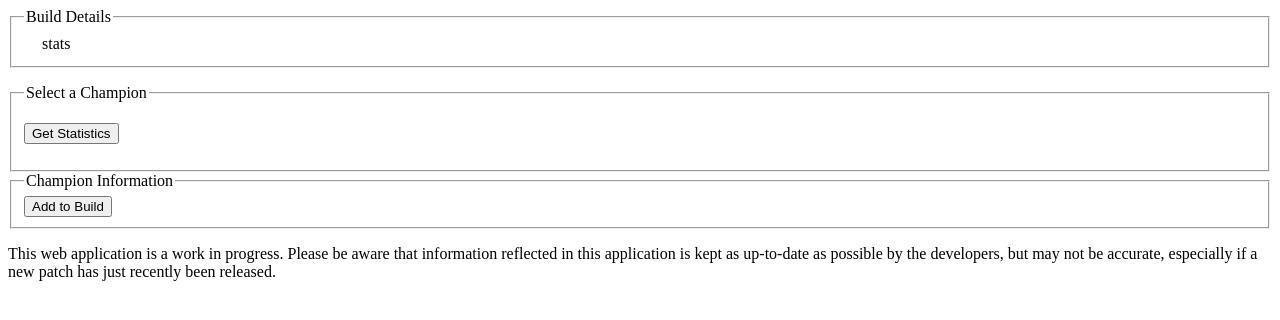
Repository: spencer-carver/lol-db
Page: LOLdb/war/index.html
An editor plug-in stored every save of this project. The page is shown before and after the next save, followed by the edit.
The browser window is 1280 px wide. The pictures show the whole page.
The page's requests for data from a server got no answer. Some web libraries are served in a nearby version.

Above is the page before, as saved 2013-02-04 18:11:59.

### LOLdb/war/index.html
<html>
<head>
<title>League of Legends Theorycraft Tool</title>

<link
	href="http://ajax.googleapis.com/ajax/libs/jqueryui/1.8/themes/base/jquery-ui.css"
	rel="stylesheet" type="text/css" />

<script
	src="http://ajax.googleapis.com/ajax/libs/jquery/1.7.2/jquery.js"
	type="text/javascript"></script>
<script
	src="http://ajax.googleapis.com/ajax/libs/jqueryui/1.8/jquery-ui.min.js"
	type="text/javascript"></script>
<script type="text/javascript" src="app.js"></script>

</head>
<body>
	<fieldset>
		<legend>Build Details</legend>
		<table>
			<tr>
				<td width="30%"><div id="champion_icon"></div></td>
				<td width="70%">stats</td>
			</tr>
		</table>
	</fieldset>
	<form id="get_champion_dropdown"></form>
	<form id="get_champion_info">
		<fieldset>
			<legend>Select a Champion</legend>

			<p>
			<div id="championDropdown"></div>
			</p>
			<p>
				<input id="myButton" type="button" value="Get Statistics" />
			</p>
		</fieldset>
		<div id="Results">
			<fieldset>
				<legend>Champion Information</legend>
				<div id="info_pane">
					<div id="info_icon"></div>
					<div id="info_name"></div>
					<div id="info_hp"></div>
					<div id="info_hp_lv"></div>
					<div id="info_hp5"></div>
					<div id="info_hp5_lv"></div>
					<div id="info_mana"></div>
					<div id="info_mana_lv"></div>
					<div id="info_mana5"></div>
					<div id="info_mana5_lv"></div>
					<div id="info_damage"></div>
					<div id="info_damage_lv"></div>
					<div id="info_attackspeed"></div>
					<div id="info_attackspeed_lv"></div>
					<div id="info_armor"></div>
					<div id="info_armor_lv"></div>
					<div id="info_mr"></div>
					<div id="info_mr_lv"></div>
					<div id="info_movespeed"></div>
					<div id="info_range"></div>
				</div>
				<input id="addToBuild" type="button" value="Add to Build" />
			</fieldset>
		</div>
	</form>
	<footer>
		<p>This web application is a work in progress. Please be aware
			that information reflected in this application is kept as up-to-date
			as possible by the developers, but may not be accurate, especially if
			a new patch has just recently been released.</p>
		<p>
			<time pubdate datetime="2013-01-31"></time>
		</p>
	</footer>
</body>
</html>

### LOLdb/war/app.js
$(document).ready(function() {

	//get the form data and then serialize that
    dataString = $("#get_champion_dropdown").serialize();

    //make the AJAX request, dataType is set to json
    //meaning we are expecting JSON data in response from the server
    $.ajax({
        type: "POST",
        url: "ChampionNames",
        data: "",
        dataType: "json",

        //if received a response from the server
        success: function( data, textStatus, jqXHR) {
            //our country code was correct so we have some information to display
             if(data.success){
                 $("#championDropdown").html("");
                 var temp = "<select id=\"champion_select\">";
                 for (var i = 0; i < 110; i++) {
                	 temp = temp + "<option>" + data.championNames[i] + "</option>";
                 }
                 temp += "</select>";
                 $("#championDropdown").append(temp);
             }
             //display error message
             else {
                 $("#championDropdown").html("<div><b>An Error has occurred retrieving the list of Champions.</b></div>");
             }
        },

        //If there was no resonse from the server
        error: function(jqXHR, textStatus, errorThrown){
             console.log("Something really bad happened " + textStatus);
              $("#championDropdown").html(jqXHR.responseText);
        },

        //capture the request before it was sent to server
        beforeSend: function(jqXHR, settings){
            //adding some Dummy data to the request
            settings.data += "&dummyData=whatever";
            //disable the button until we get the response
            $('#myButton').attr("disabled", true);
        },

        //this is called after the response or error functions are finsihed
        //so that we can take some action
        complete: function(jqXHR, textStatus){
            //enable the button
            $('#myButton').attr("disabled", false);
        }

    });

    //Stops the submit request
    $("#get_champion_info").submit(function(e){
           e.preventDefault();
    });

    //checks for the button click event
    $("#addToBuild").click(function(e) {
    	var loaded_img = document.getElementById('info_icon');
    	var build_img = document.getElementById('champion_icon');
    	build_img.innerHTML = loaded_img.innerHTML;
    });

    //checks for the button click event
    $("#myButton").click(function(e){

            //get the form data and then serialize that
            dataString = $("#get_champion_info").serialize();

            //get the form data using another method
            var championName = $("#champion_select option:selected").text();
            dataString = "championName=" + championName;

            //make the AJAX request, dataType is set to json
            //meaning we are expecting JSON data in response from the server
            $.ajax({
                type: "POST",
                url: "ChampionInfo",
                data: dataString,
                dataType: "json",

                //if received a response from the server
                success: function( data, textStatus, jqXHR) {
                    //our country code was correct so we have some information to display
                     if(data.success){
                         $("#info_icon").html("").append("<img src=\"" + data.championInfo.mImagePath + "\"></img><br/>");
                         $("#info_name").html("").append("<b>Champion Name:</b> " + data.championInfo.mName + "<br/>");
                         $("#info_hp").html("").append("<b>Health:</b> " + data.championInfo.mHealth + "<br/>");
                         $("#info_hp_lv").html("").append("<b>Health Per Level:</b> " + data.championInfo.mHealthPerLevel + "<br/>");
                         $("#info_hp5").html("").append("<b>Health Regen:</b> " + data.championInfo.mHealthRegen + "<br/>");
                         $("#info_hp5_lv").html("").append("<b>Health Regen Per Level:</b> " + data.championInfo.mHealthRegenPerLevel + "<br/>");
                         $("#info_mana").html("").append("<b>Mana:</b> " + data.championInfo.mMana + "<br/>");
                         $("#info_mana_lv").html("").append("<b>Mana Per Level:</b> " + data.championInfo.mManaPerLevel + "<br/>");
                         $("#info_mana5").html("").append("<b>Mana Regen:</b> " + data.championInfo.mManaRegen + "<br/>");
                         $("#info_mana5_lv").html("").append("<b>Mana Regen Per Level:</b> " + data.championInfo.mManaRegenPerLevel + "<br/>");
                         $("#info_damage").html("").append("<b>Damage:</b> " + data.championInfo.mDamage + "<br/>");
                         $("#info_damage_lv").html("").append("<b>Damage Per Level:</b> " + data.championInfo.mDamagePerLevel + "<br/>");
                         $("#info_attackspeed").html("").append("<b>Attack Speed:</b> " + data.championInfo.mAttackSpeed + "<br/>");
                         $("#info_attackspeed_lv").html("").append("<b>Attack Speed Per Level:</b> " + data.championInfo.mAttackSpeedPerLevel + "<br/>");
                         $("#info_armor").html("").append("<b>Armor:</b> " + data.championInfo.mArmor + "<br/>");
                         $("#info_armor_lv").html("").append("<b>Armor Per Level:</b> " + data.championInfo.mArmorPerLevel + "<br/>");
                         $("#info_mr").html("").append("<b>Magic Resist:</b> " + data.championInfo.mMagicResist + "<br/>");
                         $("#info_mr_lv").html("").append("<b>Magic Resist Per Level:</b> " + data.championInfo.mMagicResistPerLevel + "<br/>");
                         $("#info_movespeed").html("").append("<b>Movement Speed:</b> " + data.championInfo.mMoveSpeed + "<br/>");
                         $("#info_range").html("").append("<b>Attack Range:</b> " + data.championInfo.mAttackRange+ "<br/>");
                     }
                     //display error message
                     else {
                    	 $("#info_pane").html("<div><b>Champion Information could not be found.</b></div>");
                     }
                },

                //If there was no resonse from the server
                error: function(jqXHR, textStatus, errorThrown){
                     console.log("Something really bad happened " + textStatus);
                     $("#info_pane").html(jqXHR.responseText);
                },

                //capture the request before it was sent to server
                beforeSend: function(jqXHR, settings){
                    //adding some Dummy data to the request
                    settings.data += "&dummyData=whatever";
                    //disable the button until we get the response
                    $('#myButton').attr("disabled", true);
                },

                //this is called after the response or error functions are finsihed
                //so that we can take some action
                complete: function(jqXHR, textStatus){
                    //enable the button
                    $('#myButton').attr("disabled", false);
                }

            });
    });
});

After the next save:
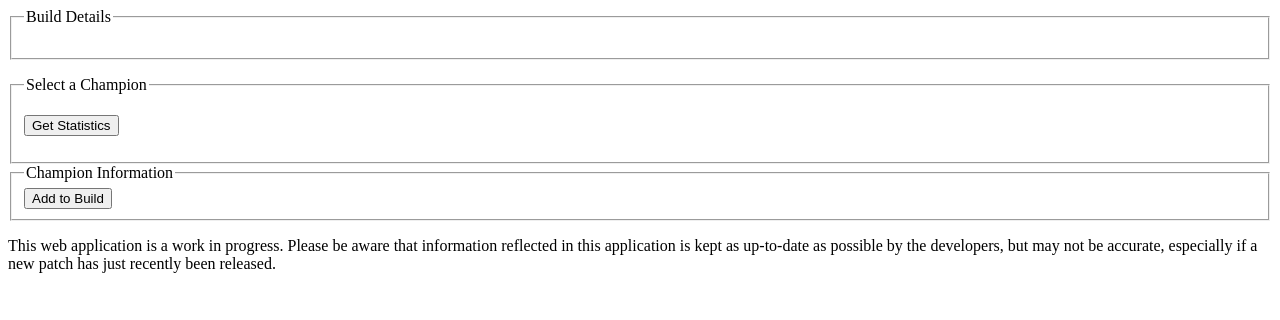
Saved 9 min 52 s later.
--- a/LOLdb/war/index.html
+++ b/LOLdb/war/index.html
@@ -21,7 +21,20 @@
 		<table>
 			<tr>
 				<td width="30%"><div id="champion_icon"></div></td>
-				<td width="70%">stats</td>
+				<td width="70%">
+					<table>
+						<tr>
+							<td></td>
+							<td></td>
+							<td></td>
+						</tr>
+						<tr>
+							<td></td>
+							<td></td>
+							<td></td>
+						</tr>
+					</table>
+				</td>
 			</tr>
 		</table>
 	</fieldset>
